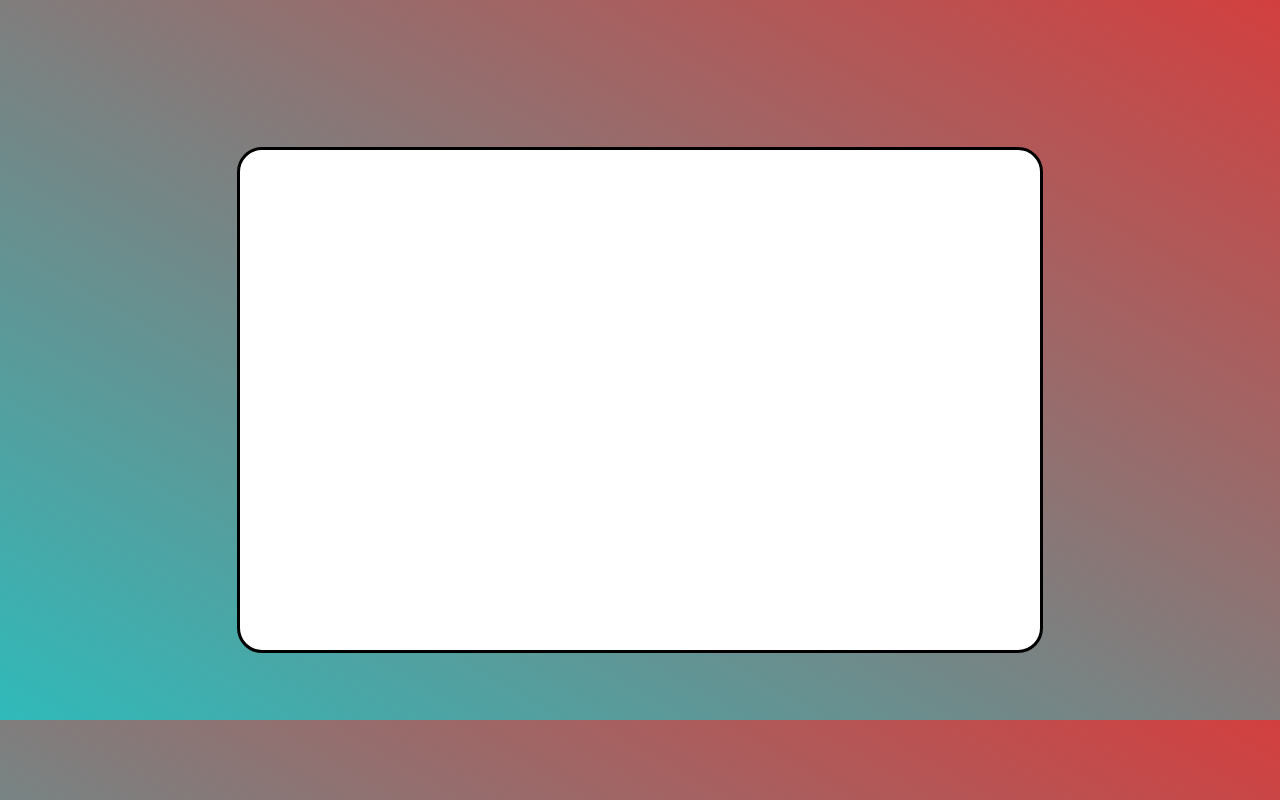
Repository: Lewisjohnward/kindle-clippings-to-cards
Page: /
An editor plug-in stored every save of this project. The page is shown before and after the next save, followed by the edit.
The browser window is 1280 px wide. The pictures show the whole page.
Backgrounds fixed to the window are drawn as part of the page. The project was rebuilt for these pictures with package versions that can differ from the ones it lists, and the page was loaded fresh each time.

Above is the page before, as saved 2021-10-28 20:38:36.

### src/index.js
import React from "react"
import ReactDOM from "react-dom"
import App from "./App"
ReactDOM.render(<App />, document.getElementById('root'))

### src/App.js
import styled, { createGlobalStyle } from "styled-components";

const GlobalStyle = createGlobalStyle`
body,
html {
  height: 100%;
}
    body{
        height: 100%;
        margin: 0;
        padding: 0;
        background-repeat: no-repeat;
        background-attachment: fixed;
        background-image: linear-gradient(
            30deg,
            rgb(48, 186, 186),
            rgb(211, 63, 63)
        );

    }
`;

const Frame = styled.div`
  display: flex;
  align-items: center;
  justify-content: center;
  height:   800px;
`;

const MainContainer = styled.div`
  width: 800px;
  height: 500px;
  border: solid black;

  border-radius: 25px;
  background: white;
`;
const Title = styled.div`
    font-size: 2rem;
`

const App = () => {
  return (
    <>
      <GlobalStyle />
      <Frame>
        <MainContainer>
            <Title></Title>
        </MainContainer>
      </Frame>
    </>
  );
};

export default App;

Loaded but not shown: public/index.html (common file)

After the next save:
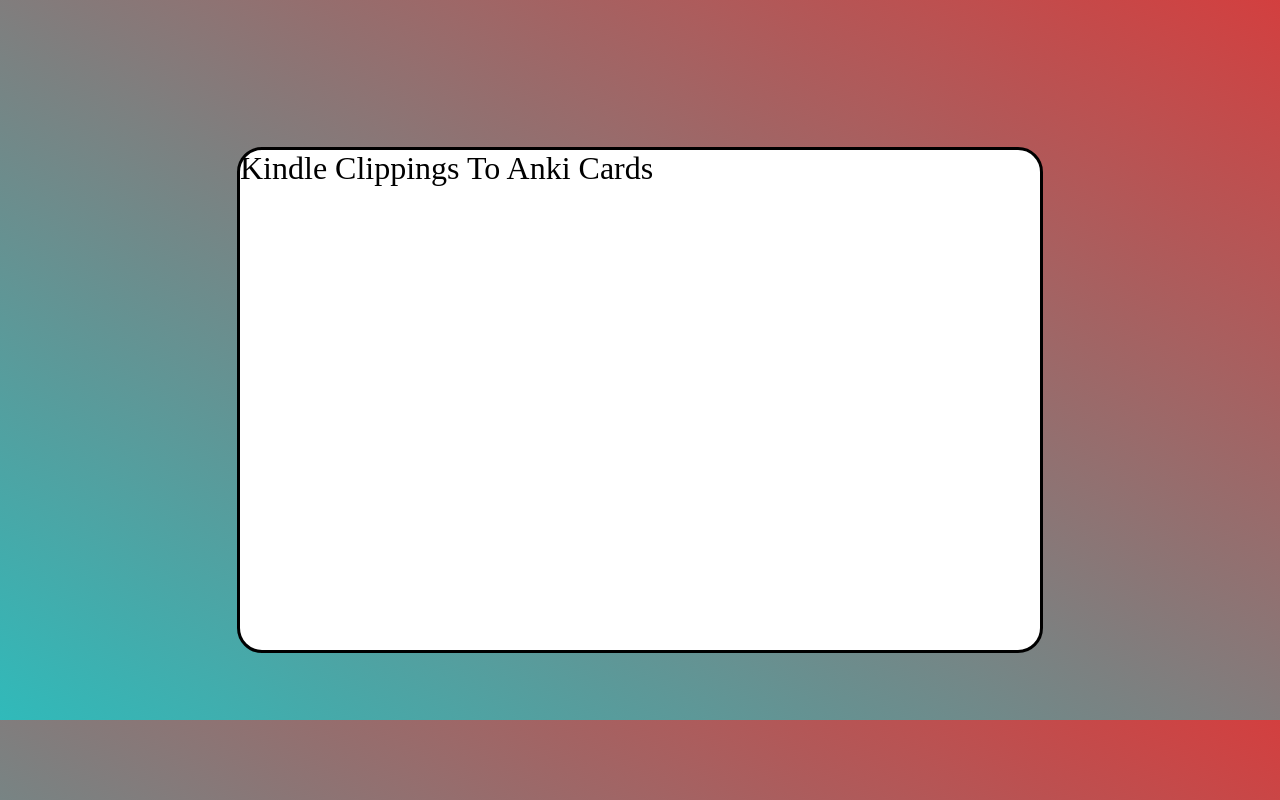
Saved 20 s later.
--- a/src/App.js
+++ b/src/App.js
@@ -45,7 +45,7 @@
       <GlobalStyle />
       <Frame>
         <MainContainer>
-            <Title></Title>
+            <Title>Kindle Clippings To Anki Cards</Title>
         </MainContainer>
       </Frame>
     </>
